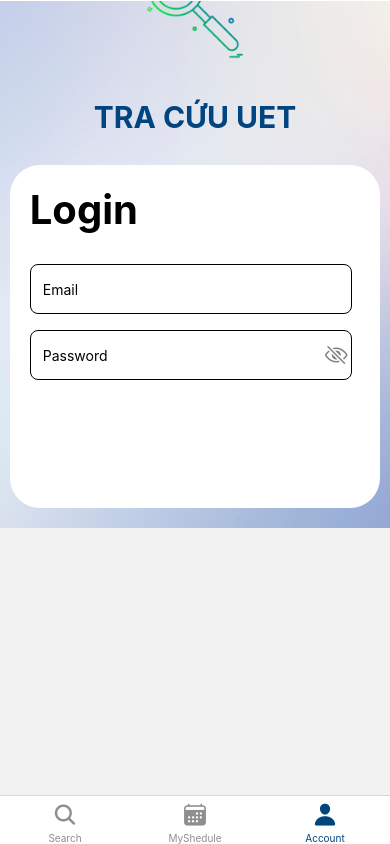
Repository: nguyenkhackien/Student-Progress-Tracker-
Screen: /Account (app in MyApp/)
An editor plug-in stored every save of this project. The screen is shown before and after the next save, followed by the edit.
The app was drawn by React Native's web renderer in a window 390 px wide. The project was rebuilt for these pictures with package versions that can differ from the ones it lists, and the page was loaded fresh each time. Also part of the build but not shown: MyApp/src/components/MyScheduleScreen.js.

Above is the screen before, as saved 2024-07-21 22:08:01.

After the next save:
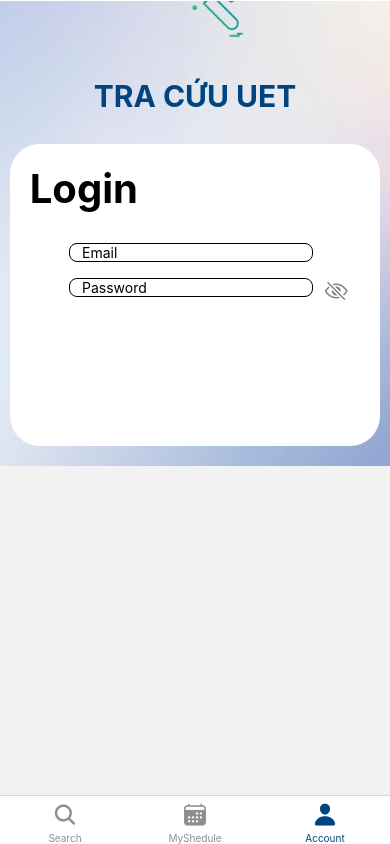
Saved 29 s later.
--- a/MyApp/src/components/LoginScreen.js
+++ b/MyApp/src/components/LoginScreen.js
@@ -99,7 +99,6 @@
         borderRadius: 30,
     },
     inputContainer: {
-        flexDirection: "row",
         alignItems: "center",
         marginBottom: 16,
     },

After the save that followed:
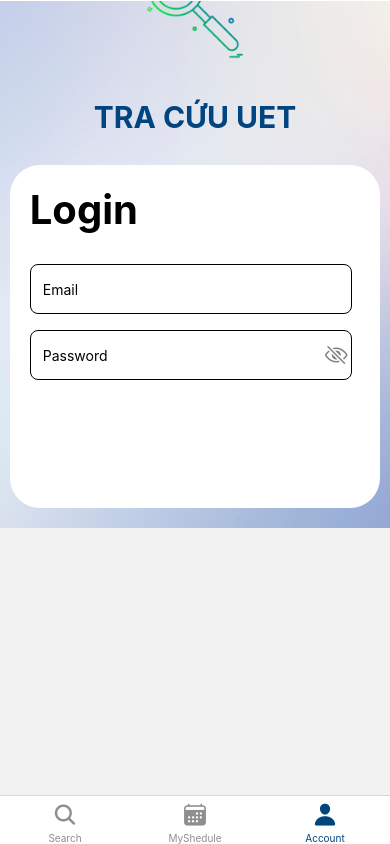
Saved 5 s later.
--- a/MyApp/src/components/LoginScreen.js
+++ b/MyApp/src/components/LoginScreen.js
@@ -99,6 +99,7 @@
         borderRadius: 30,
     },
     inputContainer: {
+        flexDirection: "row",
         alignItems: "center",
         marginBottom: 16,
     },
